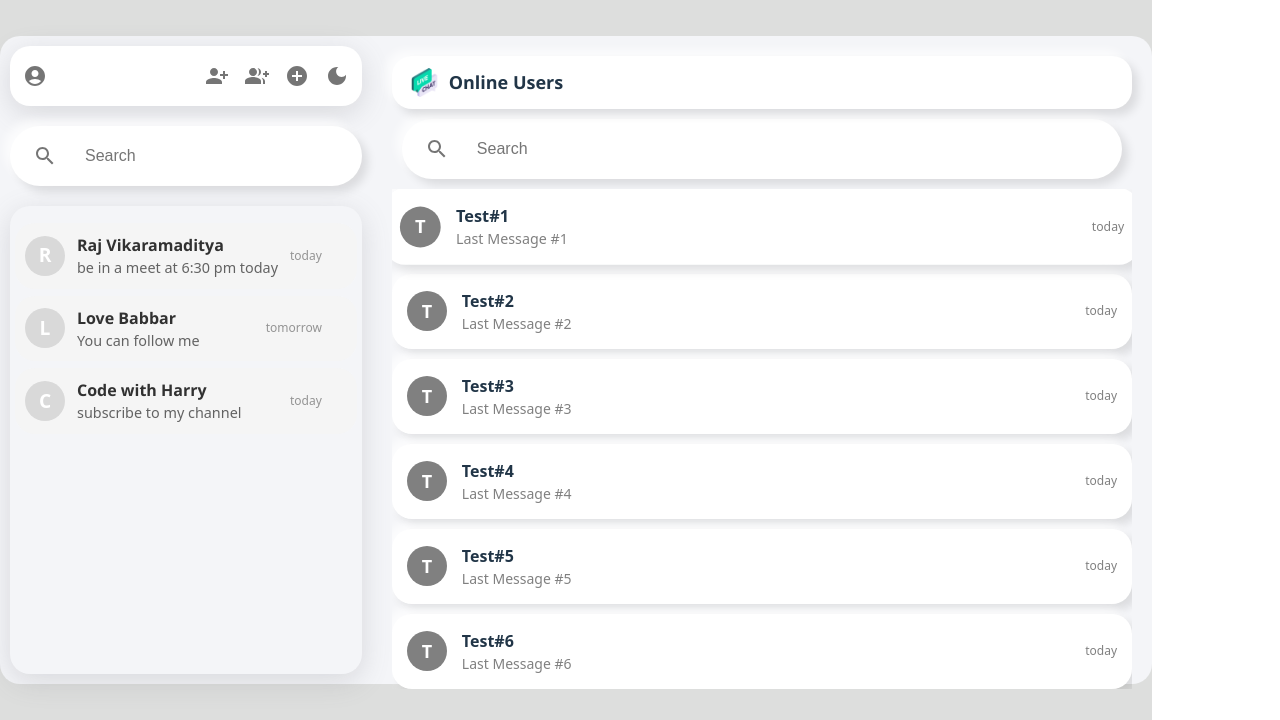
Repository: rahul-chakradhari/chat_app
Page: /app/welcome
These files come from the project's save history. The page is drawn as it stood at one moment and after the next save; the edit follows.
The browser window is 1280 px wide. The pictures show the whole page.
The pointer rests on the first visible `.listitem`.
An inner scrolling area shows only its first screen. The project was rebuilt for these pictures with package versions that can differ from the ones it lists, and the page was loaded fresh each time. Also part of the build but not shown: vite.config.js, src/components/Login.jsx, src/components/Messagebyme.jsx, src/components/Messagebyothers.jsx, src/components/Chatarea.jsx, src/components/Welcome.jsx, src/components/Creategroups.jsx.

Above is the page before, as saved 2025-03-01 13:20:53.

### index.html
<!DOCTYPE html>
<html lang="en">
  <head>
    <meta charset="UTF-8" />
    <link rel="icon" href="./live-chat.png" />

    <meta name="viewport" content="width=device-width, initial-scale=1.0" />
    <title>Vite + React</title>
  </head>
  <body>
    <div id="root"></div>
    <script type="module" src="/src/main.jsx"></script>
  </body>
</html>

### src/App.jsx
import "./App.css";
import Login from "./components/Login";
import Maincontainer from "./components/Maincontainer";

function App() {
  return (
    <div className="App">
      {/* <Login />*/}
      {<Maincontainer />}
    </div>
  );
}

export default App;

### src/App.css
* {
  margin: 0;
}
.App {
  background-color: #dddedd;
  min-height: 100vh;
  display: flex;
  justify-content: center;
  align-items: center;
}

### src/components/Maincontainer.jsx
import "./Mystyles.css";
import Sidebar from "./Sidebar";
import Chatarea from "./Chatarea";
import Welcome from "./Welcome";
import Creategroups from "./Creategroups";
import Users from "./Users";

const Maincontainer = () => {
  return (
    <div className="main">
      <Sidebar />
      {/*<Creategroups />*/}
      {/*<Welcome />*/}
      {/*<Chatarea />*/}
      <Users />
    </div>
  );
};

export default Maincontainer;

### src/components/Mystyles.css
.main {
  background-color: #f4f5f8;
  height: 90vh;
  width: 90vw;
  display: flex;
  border-radius: 20px;
}
.side {
  flex: 0.3;
  display: flex;
  flex-direction: column;
}
.chat {
  background-color: aliceblue;
  flex: 0.7;
}
.headers {
  background-color: white;
  border-radius: 20px;
  padding: 10px 5px;
  margin: 10px;
  display: flex;
  justify-content: space-between;
  box-shadow: rgba(100, 100, 111, 0.2) 0px 7px 29px 0px;
}
.search {
  background-color: white;
  border-radius: 20px;
  padding: 10px 10px;
  margin: 10px;
  display: flex;
  align-items: center;
  box-shadow: rgba(100, 100, 111, 0.2) 0px 7px 29px 0px;
}
.box {
  outline-width: 0;
  border: none;
  font-size: 1.25rem;
  margin-left: 10px;
}
.conver {
  background-color: white;
  border-radius: 20px;
  padding: 10px 5px;
  margin: 10px;
  flex: 1;
}
.conversation {
  border-radius: 20px;
  margin: 10px 5px;
  flex: 1;
  margin-right: 10px;
  margin-left: 10px;
  padding: 10px 5px;
  box-shadow: rgba(100, 100, 111, 0.2) 0px 7px 29px 0px;
}
.conversationitem,
.listtem {
  display: flex;
  align-items: center; /* Items ko vertical center align karega */
  gap: 12px; /* Icon aur text ke beech gap */
  padding: 10px;
  margin: 3px;
  border-radius: 20px;
  margin-left: 0px;
  margin-right: auto;
  margin-top: 7px;
  background-color: #f5f5f5; /* Light background */
  width: 100%;
  width: calc(100% - 20px);
  overflow: hidden; /* Extra content hide */
  white-space: nowrap; /* Ek hi line me rahe */
  text-overflow: ellipsis; /* Overflow hone par "..." dikhe */
}
.conversationitem::-webkit-scrollbar {
  display: none;
}

.icon {
  display: flex;
  justify-content: center;
  align-items: center;
  background-color: #d9d9d9;
  font-size: 1.2rem;
  font-weight: bold;
  color: white;
  height: 40px;
  width: 40px;
  border-radius: 50%;
  flex-shrink: 0; /* Icon ka size maintain rahega */
}

.conversation-text {
  display: flex;
  flex-direction: column;
  flex-grow: 1; /* Ye ensure karega ki text area full width le */
}

.title {
  font-weight: bold;
  font-size: 1rem;
  color: rgba(0, 0, 0, 0.8);
  font-family: "Segoe UI", Tahoma, Geneva, Verdana, sans-serif;
}

.message {
  font-size: 0.9rem;
  color: rgba(0, 0, 0, 0.6);
}

.time {
  margin-right: 25px;
  font-size: 0.75rem;
  color: rgba(0, 0, 0, 0.4);
  flex-shrink: 0; /* Time ka size fix rahe */
}
.chat {
  display: flex;
  flex-direction: column;
  flex: 0.7;
}
.chattingwith {
  background-color: green;
}
.mess {
  background-color: aquamarine;
  flex-grow: 1;
  box-shadow: rgba(100, 100, 111, 0.2) 0px 7px 29px 0px;
}
.inputbox {
  background-color: green;
  box-shadow: rgba(100, 100, 111, 0.2) 0px 7px 29px 0px;
}
.trash {
  color: black;
}
.chat {
  display: flex;
  flex-direction: column;
  flex: 0.7;
  overflow: visible;
  background: #f8f9fa; /* Light grey */
}

.chat-header {
  position: relative;
  display: flex;
  justify-content: space-between;
  align-items: center;
  padding: 10px;
  margin-top: 4px;
  border-radius: 20px;
  background: white;
  border-bottom: 1px solid #ddd;
  box-shadow: rgba(50, 50, 93, 0.25) 0px 6px 12px -2px,
    rgba(0, 0, 0, 0.3) 0px 3px 7px -3px;
}
.avatar {
  border-color: #d9d9d9;
  color: white;
}
.chat-info {
  display: flex;
  align-items: center;
}

.chat-info .avatar {
  width: 40px;
  height: 40px;
  border-radius: 50%;
  background: #bbb;
  display: flex;
  justify-content: center;
  align-items: center;
  font-weight: bold;
  margin-right: 10px;
}

.trash {
  color: black;
}

.mess {
  flex-grow: 1;
  padding: 20px;
  background: #f5f5f5;
  border-radius: 20px;
}

.inputbox {
  padding: 10px;
  border-top: 1px solid #ddd;
  background: white;
  border-radius: 20px;
  margin-bottom: 6px;
}

.inputbox input {
  width: 100%;
  padding: 8px;
  border: none;
  outline: none;
}
.name-time {
  display: flex;
  flex-direction: column;
  align-items: flex-start; /* Left-align text properly */
}

.niche {
  font-size: 12px;
  color: gray;
  margin: 2px 0 0 3px;
  margin-top: 2px;
  margin-right: 12px;
  /* 👈 Adjust left margin properly */
  padding-right: 42px; /* 🔹 Slight padding for spacing */
}
.inputbox {
  display: flex;
  justify-content: center;
}
.othertextcontent,
.con-icon {
  width: 200px; /* Box ka width */
  height: auto; /* Height content ke according adjust hogi */
  font-size: 16px; /* Text size change karne ke liye */
  padding: 10px; /* Text aur border ke beech space ke liye */
  background-color: aquamarine; /* Light gray background */
  border-radius: 10px; /* Rounded corners */
  margin-left: 750px;
}
.othertextcontent {
  border-color: #f5f5f5;
}
.selfmessagecontainer {
  width: 200px; /* Box ka width */
  height: auto; /* Height content ke according adjust hogi */
  font-size: 16px; /* Text size change karne ke liye */
  padding: 10px; /* Text aur border ke beech space ke liye */
  background-color: lightsalmon; /* Light gray background */
  border-radius: 10px; /* Rounded corners */
}
.mess {
  height: 500px;
  overflow-y: auto;
  display: flex;
  flex-direction: column;
}
.mess::-webkit-scrollbar {
  display: none;
}

.welcome {
  min-height: 89vh;
  flex: 0.7;
  display: flex;
  flex-direction: column;
  justify-content: center;
  align-items: center;
  gap: 25px;
  font-family: "Segoe UI", Tahoma, Geneva, Verdana, sans-serif;
  color: rgba(0, 0, 0, 0.87);
  border-bottom: 2px solid #63d7b0;
  background-color: #ffffff;
  border-radius: 20px;
}

.logo {
  height: 15vw;
  margin-bottom: 10px;
}
.group {
  flex: 0.7;
  align-self: center;
  padding: 20px 10px;
  margin: 10px;
  background-color: white;
  border-radius: 20px;
  display: flex;
  justify-content: space-between;
}
.inputgroup {
  font-size: 18px;
  outline-width: 0;
  border: none;
}
.login {
  height: 90vh;
  width: 90vw;
  background-color: #f4f5f8;
  border-radius: 20px;
  display: flex;
}
.loginimage {
  flex: 0.3;
}
.loginbox {
  flex: 0.7;
  font-family: "Segoe UI", Tahoma, Geneva, Verdana, sans-serif;

  background-color: white;
  border-radius: 20px;
  margin: 10px;
  color: #63d7b0;
  font-weight: bolder;
  display: flex;
  justify-content: center;
  align-items: center;
  flex-direction: column;
  gap: 20px;
}
.loginlogo {
  height: 15vw;
  margin-top: 201px;
  margin-left: 75px;
}
.logintitle {
  font-size: 30px;
} /* Main List Container */
.list {
  padding: 20px;
  width: 100%;
}

/* Online Users Box */
.headerlist {
  display: flex;
  justify-content: center;
  margin-bottom: 10px;
}

.header-box {
  width: 100%; /* Adjust as needed */
  max-width: 1100px;
  background-color: white;
  border-radius: 20px;
  padding: 12px 18px;
  display: flex;
  align-items: center;
  gap: 10px;
  box-shadow: 6px 6px 10px rgba(0, 0, 0, 0.1),
    -6px -6px 10px rgba(255, 255, 255, 0.7);
}

.logo-img {
  width: 1.8rem;
  height: 1.8rem;
}

/* Search Box */
.search {
  background-color: white;
  border-radius: 30px;
  padding: 10px 15px;
  margin: 10px;
  display: flex;
  align-items: center;
  box-shadow: 6px 6px 10px rgba(0, 0, 0, 0.1),
    -6px -6px 10px rgba(255, 255, 255, 0.7);
}

.search .box {
  border: none;
  outline: none;
  font-size: 16px;
  flex: 1;
  padding-left: 10px;
}

/* User List */
.uglist {
  display: flex;
  flex-direction: column;
  gap: 10px;
  height: 500px; /* Fixed height for scroll */
  overflow-y: auto; /* Enable vertical scrolling */
}

.uglist::-webkit-scrollbar {
  display: none;
}
/* Individual User Item */
.listitem {
  display: flex;
  align-items: center;
  background-color: white;
  padding: 15px;
  border-radius: 20px;
  box-shadow: 6px 6px 10px rgba(0, 0, 0, 0.1),
    -6px -6px 10px rgba(255, 255, 255, 0.7);
  transition: transform 0.2s;
}

.listitem:hover {
  transform: scale(1.02);
}

.user-icon {
  background-color: gray;
  color: white;
  width: 40px;
  height: 40px;
  border-radius: 50%;
  display: flex;
  justify-content: center;
  align-items: center;
  font-size: 18px;
  font-weight: bold;
  margin-right: 15px;
}

.user-info {
  flex-grow: 1;
}

.username {
  font-weight: bold;
  font-size: 16px;
}

.last-message {
  font-size: 14px;
  color: gray;
}

.timestamp {
  font-size: 12px;
  color: gray;
}
.ugtitle {
  font-size: large;
  font-weight: 600;
  font-family: "Segoe UI", Tahoma, Geneva, Verdana, sans-serif;
}

### src/components/Sidebar.jsx
import { useState } from "react";
import AccountCircleIcon from "@mui/icons-material/AccountCircle";
import PersonAddAlt1Icon from "@mui/icons-material/PersonAddAlt1";
import GroupAddIcon from "@mui/icons-material/GroupAdd";
import AddCircleIcon from "@mui/icons-material/AddCircle";
import DarkModeIcon from "@mui/icons-material/DarkMode";
import SearchIcon from "@mui/icons-material/Search";
import Conversationitem from "./Conversationitem";
import "./Mystyles.css";
import { IconButton } from "@mui/material";

const Sidebar = () => {
  const [conversations, setConversations] = useState([
    {
      id: 1,
      name: "Raj Vikaramaditya",
      lastMessage: "be in a meet at 6:30 pm today",
      timeStamp: "today",
    },
    {
      id: 2,
      name: "Love Babbar",
      lastMessage: "You can follow me ",
      timeStamp: "tomorrow",
    },
    {
      id: 3,
      name: "Code with Harry",
      lastMessage: "subscribe to my channel",
      timeStamp: "today",
    },
  ]);

  return (
    <div className="side">
      <div className="headers">
        <div>
          <IconButton>
            <AccountCircleIcon />
          </IconButton>
        </div>
        <div>
          <IconButton>
            <PersonAddAlt1Icon />
          </IconButton>
          <IconButton>
            <GroupAddIcon />
          </IconButton>
          <IconButton>
            <AddCircleIcon />
          </IconButton>
          <IconButton>
            <DarkModeIcon />
          </IconButton>
        </div>
      </div>

      <div className="search">
        <IconButton>
          <SearchIcon />
        </IconButton>
        <input placeholder="Search" className="box" />
      </div>

      <div className="conversation">
        {conversations.map((conversation) => (
          <Conversationitem key={conversation.id} {...conversation} />
        ))}
      </div>
    </div>
  );
};

export default Sidebar;

### src/components/Users.jsx
import "./myStyles.css";
import { useState } from "react";
import SearchIcon from "@mui/icons-material/Search";
import { IconButton } from "@mui/material";
import logo from "./images/live-chat.png";

const Users = () => {
  const [conversations, setConversations] = useState([
    {
      id: 1,
      name: "Test#1",
      lastMessage: "Last Message #1",
      timeStamp: "today",
    },
    {
      id: 2,
      name: "Test#2",
      lastMessage: "Last Message #2",
      timeStamp: "today",
    },
    {
      id: 3,
      name: "Test#3",
      lastMessage: "Last Message #3",
      timeStamp: "today",
    },
    {
      id: 4,
      name: "Test#4",
      lastMessage: "Last Message #4",
      timeStamp: "today",
    },
    {
      id: 3,
      name: "Test#5",
      lastMessage: "Last Message #5",
      timeStamp: "today",
    },
    {
      id: 3,
      name: "Test#6",
      lastMessage: "Last Message #6",
      timeStamp: "today",
    },
    {
      id: 3,
      name: "Test#7",
      lastMessage: "Last Message #7",
      timeStamp: "today",
    },
    {
      id: 3,
      name: "Test#8",
      lastMessage: "Last Message #8",
      timeStamp: "today",
    },
    {
      id: 3,
      name: "Test#9",
      lastMessage: "Last Message #9",
      timeStamp: "today",
    },
    {
      id: 3,
      name: "Test#10",
      lastMessage: "Last Message #10",
      timeStamp: "today",
    },
  ]);

  return (
    <div className="list">
      {/* Online Users Box */}
      <div className="headerlist">
        <div className="header-box">
          <img src={logo} alt="logo" className="logo-img" />
          <p className="ugtitle">Online Users</p>
        </div>
      </div>

      {/* Search Box */}
      <div className="search">
        <IconButton>
          <SearchIcon />
        </IconButton>
        <input placeholder="Search" className="box" />
      </div>

      {/* User List */}
      <div className="uglist">
        {conversations.map((user) => (
          <div key={user.id} className="listitem">
            <div className="user-icon">{user.name.charAt(0)}</div>
            <div className="user-info">
              <p className="username">{user.name}</p>
              <p className="last-message">{user.lastMessage}</p>
            </div>
            <p className="timestamp">{user.timeStamp}</p>
          </div>
        ))}
      </div>
    </div>
  );
};

export default Users;

### src/components/Conversationitem.jsx
const Conversationitem = (props) => {
  return (
    <div className="conversationitem">
      <p className="icon">{props.name[0]}</p>
      <div className="conversation-text">
        <p className="title">{props.name}</p>
        <p className="message">{props.lastMessage}</p>
      </div>
      <p className="time">{props.timeStamp}</p>
    </div>
  );
};

export default Conversationitem;

Loaded but not shown: src/main.jsx (common file); src/index.css (common file)

After the next save:
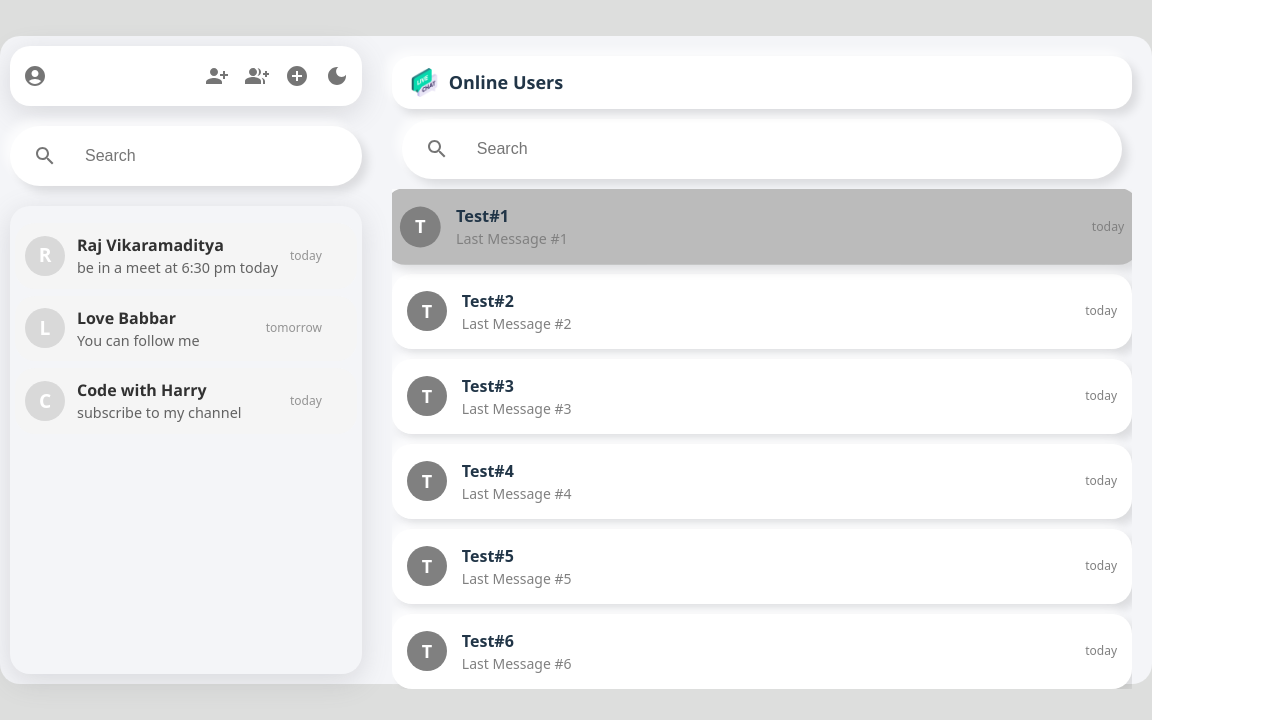
Saved 3 min 32 s later.
--- a/src/components/Mystyles.css
+++ b/src/components/Mystyles.css
@@ -394,6 +394,7 @@
 
 .listitem:hover {
   transform: scale(1.02);
+  background-color: #bbb;
 }
 
 .user-icon {
